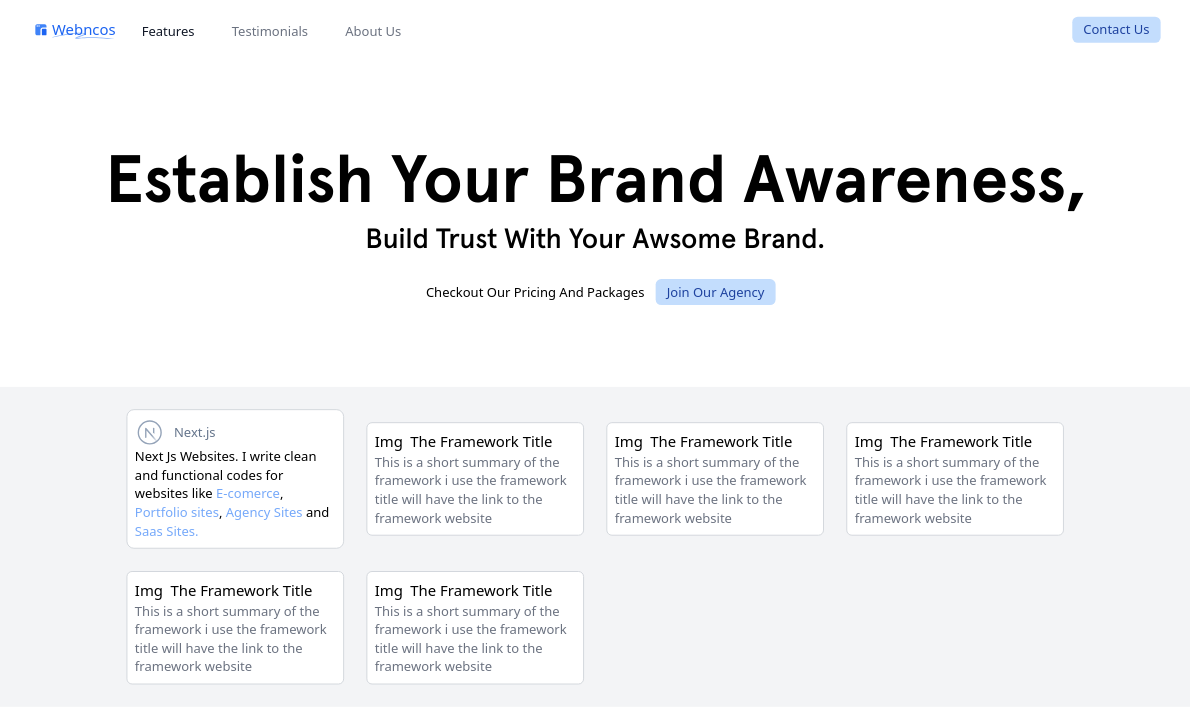
Repository: 1realjulius/webncos
Page: /
These files come from the project's save history. The page is drawn as it stood at one moment and after the next save; the edit follows.
The browser window is 1280 px wide. The pictures show the whole page, at 93% of full size.
The project was rebuilt for these pictures with package versions that can differ from the ones it lists, and the page was loaded fresh each time. A package was used in the major version that the imports need, not the one package.json lists. The framework's server and built-in components were replaced by stand-ins that run in the browser. Also part of the build but not shown: next.config.js.

Above is the page before, as saved 2022-08-24 14:27:55.

### pages/index.tsx
import type { NextPage } from 'next'
import Head from 'next/head'
import MainHome from '../components/MainHome'
import NavigationBar from '../components/NavigationBar'

const Home: NextPage = () => {
  return (
    <div className="flex min-h-screen flex-col">
      <Head>
      <title>Webncos</title>
        <meta name="description" content="Website and Software Development Agency." />
        <meta property="og:type" content="website"/>
        <meta property="og:url" content="https://www.webncos.com/"/>
        <meta property="og:title" content="Webncos — Website and Software Development Agency."/>
        <meta property="og:description" content="Website and Software Development Agency."/>
        {/* <meta property="og:image" content="/Assets/newmemoji.svg"/> */}
        {/* <meta property="twitter:card" content="/Assets/Julius_Eghan.jpg"/> */}
        <meta property="twitter:url" content="https://www.webncos.com/"/>
        <meta property="twitter:title" content="Webncos — Website and Software Development Agency."/>
        <meta property="twitter:description" content="Website and Software Development Agency."/>
        {/* <meta property="twitter:image" content="/Assets/Julius_Eghan.jpg"/> */}
        <link rel="icon" href="/favicon.ico" />
        {/* <meta name="google-site-verification" content="0HesePHVymRqGiL70HUKPIq0Zsap0uUIb_Ci0DpImRY" /> */}
        <meta name="theme-color" content="#f7f2f2"   media="(prefers-color-scheme: light)"/>
        <meta name="theme-color" content="#090c10"   media="(prefers-color-scheme: dark)"/>
      </Head>
      <NavigationBar/>
      <MainHome/>

    </div>
  )
}

export default Home

### styles/globals.css
@tailwind base;
@tailwind components;
@tailwind utilities;

@layer base{
      @font-face{
        font-family: 'ApercuBold';
        src: url("/Fonts/ApercuPro-Bold.woff") format("woff"),url("/Fonts/ApercuPro-Bold.woff2") format("woff2");
      }
      @font-face{
        font-family: 'ApercuMedium';
        src: url("/Fonts/ApercuPro-Medium.woff") format("woff"),url("/Fonts/ApercuPro-Medium.woff2") format("woff2");
      }
    }

### components/MainHome.tsx
import Link from "next/link";
import React from "react";

const MainHome = () => {
  return (
    <div>
      {/* header */}
      <div>
        <div className=" flex flex-col items-center justify-center my-20">
          <div className="pt-4 pb-2">
            <h1 className="text-4xl md:text-7xl text-center font-ApercuBold">
              Establish Your Brand Awareness,
            </h1>
          </div>
          <div className="pb-4">
            <h2 className="text-xl md:text-3xl font-ApercuMedium">
              Build Trust With Your Awsome Brand.
            </h2>
          </div>
          <div className="flex flex-col md:flex-row items-center">
            <div className="px-3 py-1 my-2">
              <Link href="#">
                <h3 className="text-sm">Checkout Our Pricing And Packages</h3>
              </Link>
            </div>
            <div className="px-3 py-1 rounded-md bg-blue-200 my-2">
              <Link href="#">
                <h3 className="text-blue-800 text-sm">Join Our Agency</h3>
              </Link>
            </div>
          </div>
        </div>
      </div>
      {/* Frameworks I use */}
      <div className="flex flex-col items-center py-4 bg-gray-100">
        <div className="grid grid-cols-2 md:grid md:grid-cols-4 gap-2 items-center max-w-5xl mx-auto ">
        <div className="flex flex-col items-start pt-2 p-2 border m-2 bg-white rounded-lg border-gray-300">
              <div className="flex items-center text-sm font-medium text-slate-500">
                <svg
                  fill="none"
                  xmlns="http://www.w3.org/2000/svg"
                  className="h-8 w-8 flex-none stroke-slate-400"
                  strokeWidth="1.5"
                  strokeLinecap="round"
                  strokeLinejoin="round"
                >
                  <defs>
                    <linearGradient
                      id="next-icon-gradient"
                      x1="14.875"
                      y1="18"
                      x2="24"
                      y2="27.125"
                      gradientUnits="userSpaceOnUse"
                    >
                      <stop offset=".24" stopColor="#94A3B8"></stop>
                      <stop
                        offset="1"
                        stopColor="#94A3B8"
                        stopOpacity="0"
                      ></stop>
                    </linearGradient>
                  </defs>
                  <circle
                    cx="16"
                    cy="16"
                    r="12.25"
                    stroke="#94A3B8"
                    strokeWidth="1.5"
                    strokeLinecap="round"
                    strokeLinejoin="round"
                  ></circle>
                  <path
                    d="M11.75 21.25v-9.5L24 26"
                    stroke="url(#next-icon-gradient)"
                    strokeWidth="1.5"
                    strokeLinecap="round"
                    strokeLinejoin="round"
                  ></path>
                  <path
                    d="M21 11.75a.75.75 0 0 0-1.5 0v4.172l1.5 1.64V11.75Z"
                    fill="#94A3B8"
                    strokeWidth="0"
                  ></path>
                </svg>
                <span className="ml-2.5 font-cadizMedium">Next.js</span>
              </div>
              <h2 className="text-sm font-cadizMedium">
                Next Js Websites. I write clean and functional codes for
                websites like <span className="text-blue-400"> E-comerce</span>,{" "}
                <span className="text-blue-400">Portfolio sites</span>,
                <span className="text-blue-400"> Agency Sites</span> and{" "}
                <span className="text-blue-400">Saas Sites.</span>
              </h2>
            </div>
          <div className="flex flex-col border border-gray-300 bg-white p-2 rounded-md m-2">
            <div className="flex flex-row items-center space-x-2">
              <span>Img</span>
              <h3>The Framework Title</h3>
            </div>
            <div className="text-sm">
              <p className="text-gray-500">
                This is a short summary of the framework i use the framework
                title will have the link to the framework website
              </p>
            </div>
          </div>
          <div className="flex flex-col border border-gray-300 bg-white p-2 rounded-md m-2">
            <div className="flex flex-row items-center space-x-2">
              <span>Img</span>
              <h3>The Framework Title</h3>
            </div>
            <div className="text-sm">
              <p className="text-gray-500">
                This is a short summary of the framework i use the framework
                title will have the link to the framework website
              </p>
            </div>
          </div>
          <div className="flex flex-col border border-gray-300 bg-white p-2 rounded-md m-2">
            <div className="flex flex-row items-center space-x-2">
              <span>Img</span>
              <h3>The Framework Title</h3>
            </div>
            <div className="text-sm">
              <p className="text-gray-500">
                This is a short summary of the framework i use the framework
                title will have the link to the framework website
              </p>
            </div>
          </div>
          <div className="flex flex-col border border-gray-300 bg-white p-2 rounded-md m-2">
            <div className="flex flex-row items-center space-x-2">
              <span>Img</span>
              <h3>The Framework Title</h3>
            </div>
            <div className="text-sm">
              <p className="text-gray-500">
                This is a short summary of the framework i use the framework
                title will have the link to the framework website
              </p>
            </div>
          </div>
          <div className="flex flex-col border border-gray-300 bg-white p-2 rounded-md m-2">
            <div className="flex flex-row items-center space-x-2">
              <span>Img</span>
              <h3>The Framework Title</h3>
            </div>
            <div className="text-sm">
              <p className="text-gray-500">
                This is a short summary of the framework i use the framework
                title will have the link to the framework website
              </p>
            </div>
          </div>
        </div>
      </div>
      {/* Services We offer (Features) */}
      <div>
      </div>
      {/* Testimonials */}
      <div></div>
      {/* FAQs */}
      <div></div>
      {/* Other Sections */}
      <div></div>
    </div>
  );
};

export default MainHome;

### components/NavigationBar.tsx
/* This example requires Tailwind CSS v2.0+ */
import { Fragment } from "react";
import { Disclosure, Menu, Transition } from "@headlessui/react";
import { BellIcon, MenuIcon, XIcon } from "@heroicons/react/outline";

function classNames(...classes: string[]) {
  return classes.filter(Boolean).join(" ");
}

export default function NavigationBar() {
  return (
    <Disclosure as="nav" className="bg-white">
      {({ open }) => (
        <>
          <div className="max-w-7xl mx-auto px-4 sm:px-6 lg:px-8">
            <div className="flex justify-between h-16">
              <div className="flex">
                <div className="flex-shrink-0 flex items-center">
                  {/* the logo */}
                  <h1 className="text-base leading-none flex flex-row items-center">
                    <span>
                      <svg className="h-6 w-6 " viewBox="0 0 24 24" fill="none">
                        <path
                          fillRule="evenodd"
                          clipRule="evenodd"
                          d="M8 6C6.89543 6 6 6.89543 6 8V16C6 17.1046 6.89543 18 8 18H10.5C11.0523 18 11.5 17.5523 11.5 17V12C11.5 10.6193 12.6193 9.5 14 9.5H18V8C18 6.89543 17.1046 6 16 6H8ZM7.25 8C7.25 7.58579 7.58579 7.25 8 7.25H8.01C8.42421 7.25 8.76 7.58579 8.76 8C8.76 8.41421 8.42421 8.75 8.01 8.75H8C7.58579 8.75 7.25 8.41421 7.25 8ZM10 7.25C9.58579 7.25 9.25 7.58579 9.25 8C9.25 8.41421 9.58579 8.75 10 8.75H10.01C10.4242 8.75 10.76 8.41421 10.76 8C10.76 7.58579 10.4242 7.25 10.01 7.25H10Z"
                          fill="#E879F9"
                          className="fill-blue-500 "
                        ></path>
                        <path
                          d="M13 12C13 11.4477 13.4477 11 14 11H17C17.5523 11 18 11.4477 18 12V17C18 17.5523 17.5523 18 17 18H14C13.4477 18 13 17.5523 13 17V12Z"
                          fill="#F0ABFC"
                          className="fill-blue-600 "
                        ></path>
                      </svg>
                    </span>
                    <span className="relative whitespace-nowrap text-blue-600 cursor-pointer">
                      <svg
                        aria-hidden="true"
                        viewBox="0 0 418 42"
                        className="absolute top-2/3 left-0 h-[0.48em] w-full fill-blue-500/60"
                        preserveAspectRatio="none"
                      >
                        <path d="M203.371.916c-26.013-2.078-76.686 1.963-124.73 9.946L67.3 12.749C35.421 18.062 18.2 21.766 6.004 25.934 1.244 27.561.828 27.778.874 28.61c.07 1.214.828 1.121 9.595-1.176 9.072-2.377 17.15-3.92 39.246-7.496C123.565 7.986 157.869 4.492 195.942 5.046c7.461.108 19.25 1.696 19.17 2.582-.107 1.183-7.874 4.31-25.75 10.366-21.992 7.45-35.43 12.534-36.701 13.884-2.173 2.308-.202 4.407 4.442 4.734 2.654.187 3.263.157 15.593-.78 35.401-2.686 57.944-3.488 88.365-3.143 46.327.526 75.721 2.23 130.788 7.584 19.787 1.924 20.814 1.98 24.557 1.332l.066-.011c1.201-.203 1.53-1.825.399-2.335-2.911-1.31-4.893-1.604-22.048-3.261-57.509-5.556-87.871-7.36-132.059-7.842-23.239-.254-33.617-.116-50.627.674-11.629.54-42.371 2.494-46.696 2.967-2.359.259 8.133-3.625 26.504-9.81 23.239-7.825 27.934-10.149 28.304-14.005.417-4.348-3.529-6-16.878-7.066Z"></path>
                      </svg>
                      <span className="relative leading-none">Webncos</span>
                    </span>
                  </h1>
                </div>
                <div className="hidden sm:ml-6 sm:flex sm:space-x-8">
                  <a
                    href="#"
                    className="text-gray-900 inline-flex items-center px-1 pt-1 text-sm "
                  >
                    Features
                  </a>
                  <a
                    href="#"
                    className=" text-gray-500 hover:text-gray-700 inline-flex items-center px-1 pt-1  text-sm"
                  >
                    Testimonials
                  </a>
                  <a
                    href="#"
                    className=" text-gray-500 hover:text-gray-700 inline-flex items-center px-1 pt-1  text-sm"
                  >
                    About Us
                  </a>
                </div>
              </div>
              <div className="hidden sm:ml-6 sm:flex sm:items-center">
              <div className="px-3 py-1 bg-blue-200 rounded-md">
                    <h2 className="text-blue-800 text-sm">Contact Us</h2>
                </div>
              </div>
              <div className="-mr-2 flex items-center sm:hidden">
                {/* Mobile menu button */}
                <Disclosure.Button className="inline-flex items-center justify-center p-2 rounded-full text-gray-400 hover:text-gray-500 hover:bg-gray-100 ">
                  <span className="sr-only">Open main menu</span>
                  {open ? (
                    <XIcon className="block h-6 w-6" aria-hidden="true" />
                  ) : (
                    <MenuIcon className="block h-6 w-6" aria-hidden="true" />
                  )}
                </Disclosure.Button>
              </div>
            </div>
          </div>

          <Disclosure.Panel className="sm:hidden border-2 rounded-lg px-4 mx-2">
            <div className="flex flex-col py-1 space-y-1">
                <a href="#">Features</a>
                <a href="#">Testimonials</a>
                <a href="#">About Us</a>
            </div>
            <div className="flex py-2">
                <div className="px-3 py-1 bg-blue-200 rounded-md">
                    <h2 className="text-blue-800 text-sm">Contact Us</h2>
                </div>
            </div>
          </Disclosure.Panel>
        </>
      )}
    </Disclosure>
  );
}

### tailwind.config.js
/** @type {import('tailwindcss').Config} */
module.exports = {
  content: [
    './pages/**/*.{js,ts,jsx,tsx}',
    './components/**/*.{js,ts,jsx,tsx}',
    "./node_modules/flowbite-react/**/*.js",
  ],
  theme: {
    extend: {
      fontFamily: {
        ApercuBold: 'ApercuBold, sans',
        ApercuMedium: 'ApercuMedium, sans',
      },
    },
  },
  plugins: [
    require("flowbite/plugin")
  ],
}

Loaded but not shown: pages/_app.tsx (common file); pages/api/hello.ts (common file)

After the next save:
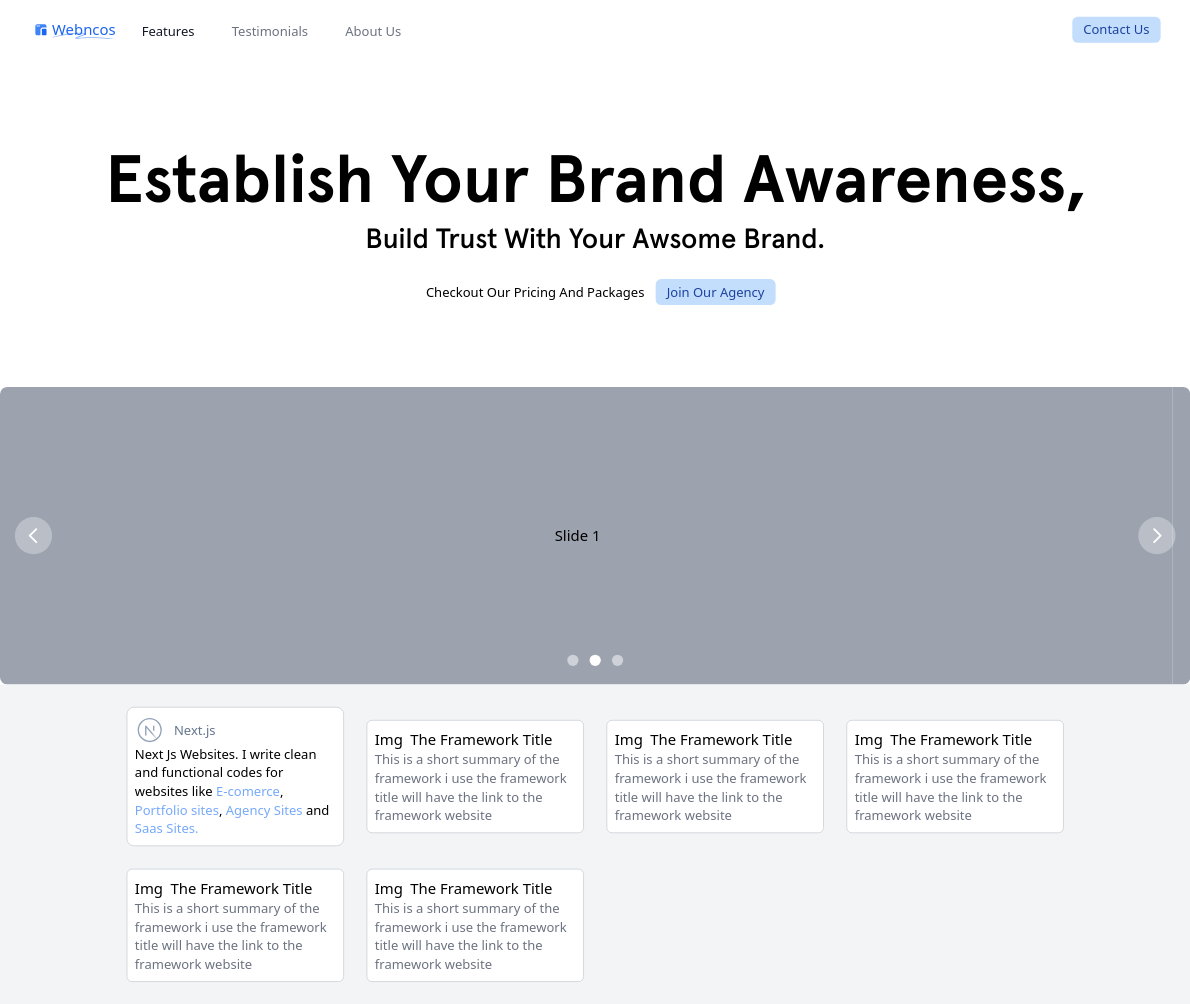
Saved 109 s later.
--- a/components/MainHome.tsx
+++ b/components/MainHome.tsx
@@ -1,5 +1,6 @@
 import Link from "next/link";
 import React from "react";
+import { Carousel } from "flowbite-react";
 
 const MainHome = () => {
   return (
@@ -31,68 +32,80 @@ const MainHome = () => {
           </div>
         </div>
       </div>
+      {/* carosel */}
+      <div>
+        <div className="h-56 sm:h-64 xl:h-80 2xl:h-96">
+          <Carousel>
+            <div className="flex h-full items-center justify-center bg-gray-400 dark:bg-gray-700 dark:text-white">
+              Slide 1
+            </div>
+            <div className="flex h-full items-center justify-center bg-gray-400 dark:bg-gray-700 dark:text-white">
+              Slide 2
+            </div>
+            <div className="flex h-full items-center justify-center bg-gray-400 dark:bg-gray-700 dark:text-white">
+              Slide 3
+            </div>
+          </Carousel>
+        </div>
+      </div>
       {/* Frameworks I use */}
       <div className="flex flex-col items-center py-4 bg-gray-100">
         <div className="grid grid-cols-2 md:grid md:grid-cols-4 gap-2 items-center max-w-5xl mx-auto ">
-        <div className="flex flex-col items-start pt-2 p-2 border m-2 bg-white rounded-lg border-gray-300">
-              <div className="flex items-center text-sm font-medium text-slate-500">
-                <svg
-                  fill="none"
-                  xmlns="http://www.w3.org/2000/svg"
-                  className="h-8 w-8 flex-none stroke-slate-400"
+          <div className="flex flex-col items-start pt-2 p-2 border m-2 bg-white rounded-lg border-gray-300">
+            <div className="flex items-center text-sm font-medium text-slate-500">
+              <svg
+                fill="none"
+                xmlns="http://www.w3.org/2000/svg"
+                className="h-8 w-8 flex-none stroke-slate-400"
+                strokeWidth="1.5"
+                strokeLinecap="round"
+                strokeLinejoin="round"
+              >
+                <defs>
+                  <linearGradient
+                    id="next-icon-gradient"
+                    x1="14.875"
+                    y1="18"
+                    x2="24"
+                    y2="27.125"
+                    gradientUnits="userSpaceOnUse"
+                  >
+                    <stop offset=".24" stopColor="#94A3B8"></stop>
+                    <stop offset="1" stopColor="#94A3B8" stopOpacity="0"></stop>
+                  </linearGradient>
+                </defs>
+                <circle
+                  cx="16"
+                  cy="16"
+                  r="12.25"
+                  stroke="#94A3B8"
                   strokeWidth="1.5"
                   strokeLinecap="round"
                   strokeLinejoin="round"
-                >
-                  <defs>
-                    <linearGradient
-                      id="next-icon-gradient"
-                      x1="14.875"
-                      y1="18"
-                      x2="24"
-                      y2="27.125"
-                      gradientUnits="userSpaceOnUse"
-                    >
-                      <stop offset=".24" stopColor="#94A3B8"></stop>
-                      <stop
-                        offset="1"
-                        stopColor="#94A3B8"
-                        stopOpacity="0"
-                      ></stop>
-                    </linearGradient>
-                  </defs>
-                  <circle
-                    cx="16"
-                    cy="16"
-                    r="12.25"
-                    stroke="#94A3B8"
-                    strokeWidth="1.5"
-                    strokeLinecap="round"
-                    strokeLinejoin="round"
-                  ></circle>
-                  <path
-                    d="M11.75 21.25v-9.5L24 26"
-                    stroke="url(#next-icon-gradient)"
-                    strokeWidth="1.5"
-                    strokeLinecap="round"
-                    strokeLinejoin="round"
-                  ></path>
-                  <path
-                    d="M21 11.75a.75.75 0 0 0-1.5 0v4.172l1.5 1.64V11.75Z"
-                    fill="#94A3B8"
-                    strokeWidth="0"
-                  ></path>
-                </svg>
-                <span className="ml-2.5 font-cadizMedium">Next.js</span>
-              </div>
-              <h2 className="text-sm font-cadizMedium">
-                Next Js Websites. I write clean and functional codes for
-                websites like <span className="text-blue-400"> E-comerce</span>,{" "}
-                <span className="text-blue-400">Portfolio sites</span>,
-                <span className="text-blue-400"> Agency Sites</span> and{" "}
-                <span className="text-blue-400">Saas Sites.</span>
-              </h2>
+                ></circle>
+                <path
+                  d="M11.75 21.25v-9.5L24 26"
+                  stroke="url(#next-icon-gradient)"
+                  strokeWidth="1.5"
+                  strokeLinecap="round"
+                  strokeLinejoin="round"
+                ></path>
+                <path
+                  d="M21 11.75a.75.75 0 0 0-1.5 0v4.172l1.5 1.64V11.75Z"
+                  fill="#94A3B8"
+                  strokeWidth="0"
+                ></path>
+              </svg>
+              <span className="ml-2.5 font-cadizMedium">Next.js</span>
             </div>
+            <h2 className="text-sm font-cadizMedium">
+              Next Js Websites. I write clean and functional codes for websites
+              like <span className="text-blue-400"> E-comerce</span>,{" "}
+              <span className="text-blue-400">Portfolio sites</span>,
+              <span className="text-blue-400"> Agency Sites</span> and{" "}
+              <span className="text-blue-400">Saas Sites.</span>
+            </h2>
+          </div>
           <div className="flex flex-col border border-gray-300 bg-white p-2 rounded-md m-2">
             <div className="flex flex-row items-center space-x-2">
               <span>Img</span>
@@ -156,8 +169,7 @@ const MainHome = () => {
         </div>
       </div>
       {/* Services We offer (Features) */}
-      <div>
-      </div>
+      <div></div>
       {/* Testimonials */}
       <div></div>
       {/* FAQs */}
